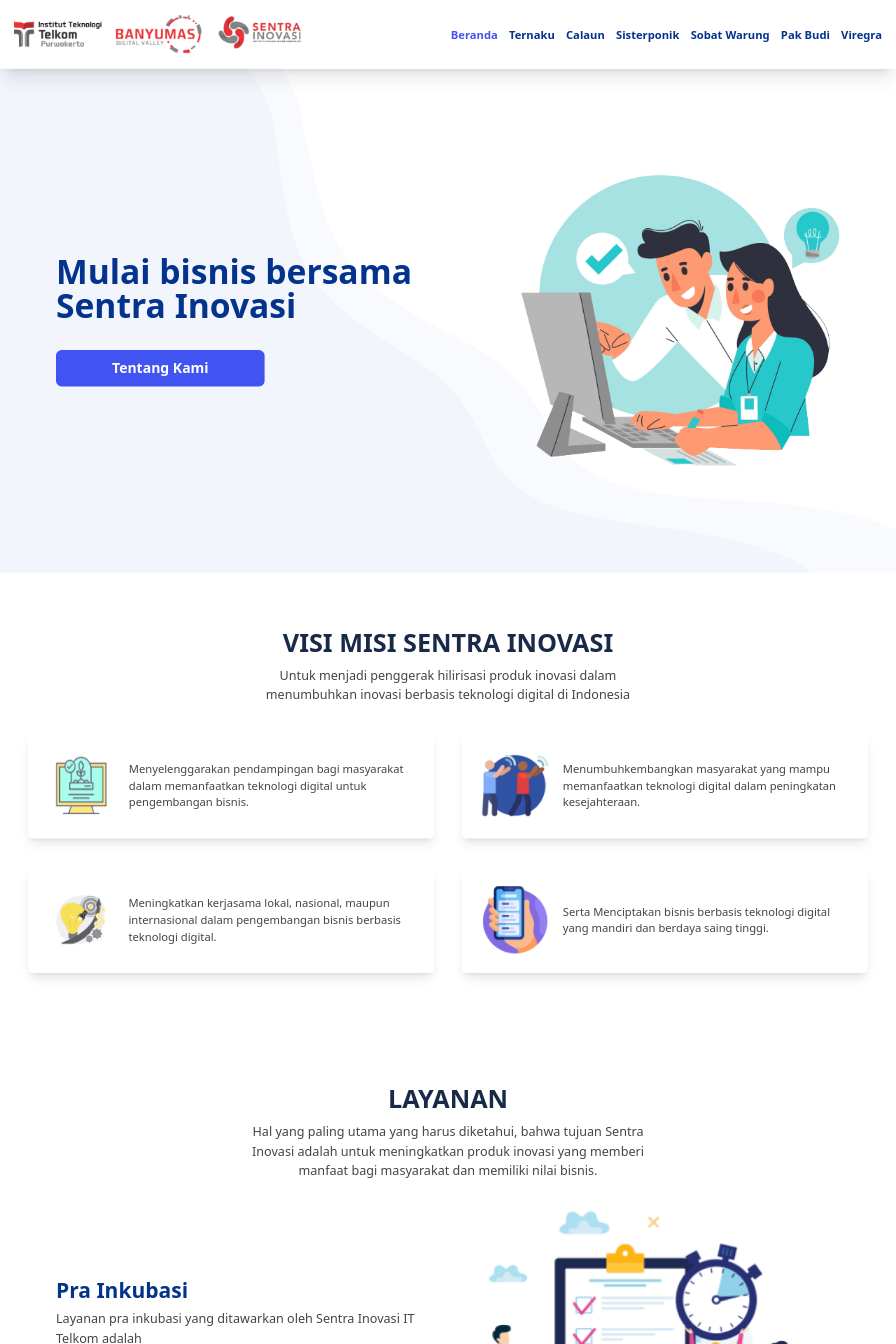
Repository: whytrno/sinovi-products
Page: /
These files come from the project's save history. The page is drawn as it stood at one moment and after the next save; the edit follows.
The browser window is 1280 px wide. The pictures show the part of the page from y = 0 to 1920 px (the page is 3549 px tall), at 70% of full size.
The project was rebuilt for these pictures with package versions that can differ from the ones it lists, and the page was loaded fresh each time. The framework's server and built-in components were replaced by stand-ins that run in the browser. Also part of the build but not shown: next.config.js, components/Produk.js.

Above is the page before, as saved 2023-02-24 12:11:25.

### pages/index.js
import Footer from "@/components/Footer";
import Hero from "@/components/Hero";
import Layanan from "@/components/Layanan";
import Navbar from "@/components/Navbar";
import Produk from "@/components/Produk";
import VisiMisi from "@/components/VisiMisi";

export default function Home() {
  return (
    <div>
      <Navbar />
      <Hero />
      <VisiMisi />
      <Layanan />
      {/* <Produk /> */}
      <Footer />
    </div>
  )
}

### components/Footer.js
import InstagramIcon from "./Icon/InstagramIcon";
import LinkedinIcon from "./Icon/LinkedinIcon";

export default function Footer() {
    return (
        <div className="px-20 2xl:px-60">
            <img src="./logo/sinovi.png" />
            <p>Sentra Inovasi sendiri merupakan salah satu unit di ITTP yang siap membantu para penggiat usaha StartUp khususnya di daerah Banyumas yang merasa kesulitan dalam mengurus perizinan HKI.</p>

            <div className="flex gap-5">
                <InstagramIcon />
                <LinkedinIcon />
            </div>
        </div>
    )
}

### components/Hero.js
import Link from "next/link";

export default function Hero() {
    return (
        <div className="relative w-full h-screen flex items-center justify-between px-20 2xl:px-60">
            <img src="/images/hero-bg.jpg" alt="hero" className="w-full h-full object-cover absolute top-0 left-0 -z-10" />
            <div className="space-y-10">
                <h1 className="font-semibold text-5xl 2xl:text-6xl text-primary">Mulai bisnis bersama <br></br> Sentra Inovasi</h1>
                <Link href="/" className="font-semibold text-xl w-min whitespace-nowrap py-3 px-20 bg-secondary rounded-lg text-white block">Tentang Kami</Link>
            </div>
            <div>
                <img src="/images/hero.png" alt="hero" />
            </div>
        </div>
    )
}

### components/Layanan.js
import Child from "./Layanan/Child";
import List from "./Layanan/List";

export default function Layanan() {
    return (
        <div className="py-20 px-20 2xl:px-60 space-y-10">
            <div className="text-center space-y-3">
                <h1 className="text-4xl text-title font-semibold">LAYANAN</h1>
                <div className="flex justify-center">
                    <p className="text-paragraph w-1/2 text-center text-lg">Hal yang paling utama yang harus diketahui, bahwa tujuan Sentra Inovasi adalah untuk meningkatkan produk inovasi yang memberi manfaat bagi masyarakat dan memiliki nilai bisnis.</p>
                </div>
            </div>

            <Child dirrection="left" title="Pra Inkubasi" desc="Layanan pra inkubasi yang ditawarkan oleh Sentra Inovasi IT Telkom adalah" img="./images/layanan1.png" lists={["Pendaftaran", "Mendapat Tools Assesment", "Wawancara", "Screening Bisnis sampai Mendapatkan SK Tenant"]} />

            <Child dirrection="right" title="Inkubasi" desc="Kami juga menyediakan layanan inkubasi yang diberikan oleh Sentra Inovasi IT Telkom diantara lain sebagai berikut" img="./images/layanan2.png" lists={["Pendampingan pengurusan legalitas perusahaan", "Pendampingan penyiapan sarana produksi", "Pendampingan produksi", "Pendampingan sosialisasi dan edukasi pasar", "Pendampingan pengurusan HKI", "Pendampingan promosi & pameran", "Pendampingan peningkatan kemampuan bisnis tenant, serta Hibah atau temu investor"]} />

            <Child dirrection="left" title="Pasca Inkubasi" desc="Selain itu, kami juga menyediakan layanan pasca inkubasi yang dapat membantu calon startup membangun startup mereka diantara lain sebagai berikut" img="./images/layanan3.png" lists={["Proses monitoring pendapatan", "Monitoring jangkauan pemasaran", "Monitoring evaluasi, layanan scaleup", "Temu investor"]} />
        </div>
    )
}

### components/Navbar.js
import Link from "next/link";

export default function Navbar() {
    return (
        <div className="flex items-center justify-between p-5 2xl:px-60 shadow-xl">
            <div className="flex items-center gap-5">
                <img src="logo/ittp.png" alt="Ittp Logo" />
                <img src="logo/bdv.png" alt="BDV Logo" />
                <img src="logo/sinovi.png" alt="Sinovi Logo" />
            </div>
            <div className="font-semibold text-primary gap-4 2xl:gap-8 flex items-center">
                <Link href="/" className="text-secondary">Beranda</Link>
                <Link href="/">Ternaku</Link>
                <Link href="/">Calaun</Link>
                <Link href="/">Sisterponik</Link>
                <Link href="/">Sobat Warung</Link>
                <Link href="/">Pak Budi</Link>
                <Link href="/">Viregra</Link>
            </div>
        </div>
    )
}

### components/VisiMisi.js
import Card from "./VisiMisi/Card";

export default function VisiMisi() {
    return (
        <div className="py-20 px-10 2xl:px-60 space-y-10">
            <div className="text-center space-y-3">
                <h1 className="text-4xl text-title font-semibold">VISI MISI SENTRA INOVASI</h1>
                <div className="flex justify-center">
                    <p className="text-paragraph w-1/2 text-center text-lg">Untuk menjadi penggerak hilirisasi produk inovasi dalam menumbuhkan inovasi berbasis teknologi digital di Indonesia</p>
                </div>
            </div>
            <div className="grid grid-cols-2 gap-10">
                <Card logo="logo/visi1.png" desc="Menyelenggarakan pendampingan bagi masyarakat dalam memanfaatkan teknologi digital untuk pengembangan bisnis." />
                <Card logo="logo/visi2.png" desc="Menumbuhkembangkan masyarakat yang mampu memanfaatkan teknologi digital dalam peningkatan kesejahteraan." />
                <Card logo="logo/visi3.png" desc="Meningkatkan kerjasama lokal, nasional, maupun internasional dalam pengembangan bisnis berbasis teknologi digital. " />
                <Card logo="logo/visi4.png" desc="Serta Menciptakan bisnis berbasis teknologi digital yang mandiri dan berdaya saing tinggi." />
            </div>
        </div>
    )
}

### components/Icon/InstagramIcon.js
export default function InstagramIcon() {
    return (
        <svg
            xmlns="http://www.w3.org/2000/svg"
            width="42"
            height="39"
            fill="none"
            viewBox="0 0 42 39"
        >
            <path
                fill="url(#paint0_radial_25_124)"
                d="M21.007 0C12.239 0 9.675.008 9.177.047c-1.8.139-2.919.402-4.138.966a8.381 8.381 0 00-2.413 1.64C1.293 3.938.486 5.52.193 7.397.051 8.31.01 8.496.001 13.154c-.003 1.553 0 3.597 0 6.338 0 8.137.01 10.516.052 10.978.145 1.626.42 2.65 1.001 3.769 1.112 2.142 3.234 3.75 5.734 4.35.866.207 1.822.321 3.05.375.52.021 5.82.036 11.124.036s10.608-.006 11.115-.03c1.421-.062 2.247-.165 3.159-.384a9.063 9.063 0 003.385-1.591 8.292 8.292 0 002.349-2.768c.57-1.092.859-2.155.99-3.696.028-.336.04-5.693.04-11.044 0-5.351-.013-10.699-.041-11.035-.133-1.566-.422-2.619-1.01-3.732a7.786 7.786 0 00-1.798-2.287C37.762 1.2 36.063.45 34.038.179 33.057.047 32.862.009 27.842 0h-6.835z"
            ></path>
            <path
                fill="url(#paint1_radial_25_124)"
                d="M21.007 0C12.239 0 9.675.008 9.177.047c-1.8.139-2.919.402-4.138.966a8.381 8.381 0 00-2.413 1.64C1.293 3.938.486 5.52.193 7.397.051 8.31.01 8.496.001 13.154c-.003 1.553 0 3.597 0 6.338 0 8.137.01 10.516.052 10.978.145 1.626.42 2.65 1.001 3.769 1.112 2.142 3.234 3.75 5.734 4.35.866.207 1.822.321 3.05.375.52.021 5.82.036 11.124.036s10.608-.006 11.115-.03c1.421-.062 2.247-.165 3.159-.384a9.063 9.063 0 003.385-1.591 8.292 8.292 0 002.349-2.768c.57-1.092.859-2.155.99-3.696.028-.336.04-5.693.04-11.044 0-5.351-.013-10.699-.041-11.035-.133-1.566-.422-2.619-1.01-3.732a7.786 7.786 0 00-1.798-2.287C37.762 1.2 36.063.45 34.038.179 33.057.047 32.862.009 27.842 0h-6.835z"
            ></path>
            <path
                fill="#fff"
                d="M20.997 5.1c-4.21 0-4.74.017-6.393.087-1.65.07-2.777.313-3.763.67-1.02.367-1.885.86-2.747 1.66a7.04 7.04 0 00-1.79 2.55c-.384.917-.645 1.964-.72 3.496-.073 1.536-.093 2.027-.093 5.939 0 3.91.019 4.4.094 5.936.076 1.533.337 2.58.72 3.495.397.948.926 1.751 1.788 2.552a7.674 7.674 0 002.746 1.662c.987.356 2.114.599 3.764.669 1.654.07 2.182.087 6.392.087 4.211 0 4.738-.017 6.392-.087 1.65-.07 2.779-.313 3.765-.67a7.668 7.668 0 002.745-1.661 7.04 7.04 0 001.79-2.551c.38-.916.642-1.963.72-3.495.074-1.537.093-2.026.093-5.937 0-3.912-.019-4.402-.093-5.938-.078-1.534-.34-2.58-.72-3.496a7.038 7.038 0 00-1.79-2.55 7.66 7.66 0 00-2.746-1.662c-.988-.356-2.116-.598-3.766-.669-1.654-.07-2.18-.087-6.393-.087h.005zm-1.391 2.596h1.391c4.14 0 4.63.013 6.265.082 1.512.065 2.332.3 2.879.496.724.261 1.24.573 1.782 1.077s.878.984 1.16 1.656c.212.508.465 1.27.534 2.674.074 1.518.09 1.974.09 5.817 0 3.844-.016 4.3-.09 5.818-.07 1.404-.322 2.166-.534 2.673a4.437 4.437 0 01-1.16 1.654 4.844 4.844 0 01-1.782 1.077c-.546.198-1.367.432-2.879.497-1.634.069-2.125.084-6.265.084s-4.63-.015-6.265-.084c-1.512-.065-2.332-.3-2.88-.497a4.852 4.852 0 01-1.782-1.077 4.447 4.447 0 01-1.16-1.655c-.213-.507-.466-1.27-.535-2.673-.074-1.519-.089-1.975-.089-5.82 0-3.846.015-4.3.09-5.818.069-1.404.321-2.166.533-2.674a4.446 4.446 0 011.16-1.656c.543-.504 1.06-.816 1.784-1.077.546-.199 1.367-.433 2.879-.497 1.43-.06 1.984-.078 4.874-.081v.004zm9.667 2.39c-.368 0-.727.102-1.034.292-.306.19-.544.46-.685.776-.14.316-.177.663-.105.998.071.336.249.643.509.885s.592.406.953.473c.36.066.735.032 1.075-.099.34-.13.63-.352.835-.636.204-.285.313-.619.313-.96 0-.955-.834-1.729-1.86-1.729zm-8.276 2.02c-4.397 0-7.962 3.311-7.962 7.396 0 4.084 3.565 7.394 7.962 7.394s7.961-3.31 7.961-7.394c0-4.085-3.564-7.396-7.961-7.396zm0 2.595c2.854 0 5.168 2.15 5.168 4.8 0 2.652-2.314 4.801-5.168 4.801-2.855 0-5.168-2.15-5.168-4.8 0-2.652 2.313-4.8 5.168-4.8z"
            ></path>
            <defs>
                <radialGradient
                    id="paint0_radial_25_124"
                    cx="0"
                    cy="0"
                    r="1"
                    gradientTransform="matrix(0 -38.6519 38.7146 0 11.156 42.004)"
                    gradientUnits="userSpaceOnUse"
                >
                    <stop stopColor="#FD5"></stop>
                    <stop offset="0.1" stopColor="#FD5"></stop>
                    <stop offset="0.5" stopColor="#FF543E"></stop>
                    <stop offset="1" stopColor="#C837AB"></stop>
                </radialGradient>
                <radialGradient
                    id="paint1_radial_25_124"
                    cx="0"
                    cy="0"
                    r="1"
                    gradientTransform="matrix(3.65204 16.94144 -74.74523 16.1127 -7.035 2.81)"
                    gradientUnits="userSpaceOnUse"
                >
                    <stop stopColor="#3771C8"></stop>
                    <stop offset="0.128" stopColor="#3771C8"></stop>
                    <stop offset="1" stopColor="#60F" stopOpacity="0"></stop>
                </radialGradient>
            </defs>
        </svg>
    );
}

### components/Layanan/Child.js
import List from "./List";

function content(title, desc, lists) {
    return (
        <div className="space-y-2 w-1/2">
            <h1 className="text-3xl text-primary font-semibold">{title}</h1>
            <p>{desc}</p>
            {lists.map(list => (
                <List title={list} />
            ))}
        </div>
    )
}
function image(img) {
    return (
        <div>
            <img src={img} />
        </div>
    )
}

export default function Child({ dirrection, title, desc, img, lists }) {
    return (
        <div className="flex justify-between text-lg text-paragraph items-center">
            {dirrection == 'right' ? (
                <>
                    {image(img)}
                    {content(title, desc, lists)}
                </>
            ) : (
                <>
                    {content(title, desc, lists)}
                    {image(img)}
                </>
            )}
        </div>
    )
}

### components/Layanan/List.js
import CheckIcon from "../Icon/CheckIcon";

export default function List({ title }) {
    return (
        <div className="flex gap-5">
            <CheckIcon />
            <p>{title}</p>
        </div>
    )
}

### components/VisiMisi/Card.js
export default function Card({ logo, desc }) {
    return (
        <div>
            <div className="flex items-center shadow-lg p-7 gap-5 text-paragraph rounded-md">
                <img src={logo} className="h-24 w-24" />
                <p>{desc}</p>
            </div>
        </div>
    )
}

### components/Icon/CheckIcon.js
export default function CheckIcon() {
    return (
        <svg
            xmlns="http://www.w3.org/2000/svg"
            width="34"
            height="24"
            fill="none"
            viewBox="0 0 34 24"
        >
            <path
                fill="#4154F1"
                d="M10.805 18.935l-8.06-7.463L0 13.996 10.805 24 34 2.523 31.275 0l-20.47 18.935z"
            ></path>
        </svg>
    );
}

### tailwind.config.js
/** @type {import('tailwindcss').Config} */
module.exports = {
  content: [
    "./app/**/*.{js,ts,jsx,tsx}",
    "./pages/**/*.{js,ts,jsx,tsx}",
    "./components/**/*.{js,ts,jsx,tsx}"
  ],
  theme: {
    extend: {
      colors: {
        primary: "#03338D",
        secondary: "#4154F1",
        title: "#192A48",
        paragraph: "#444444"
      },
    },
    plugins: [],
  }
}

Loaded but not shown: pages/_app.js (common file); pages/_document.js (common file); styles/globals.css (common file); components/Icon/LinkedinIcon.js (library)

After the next save:
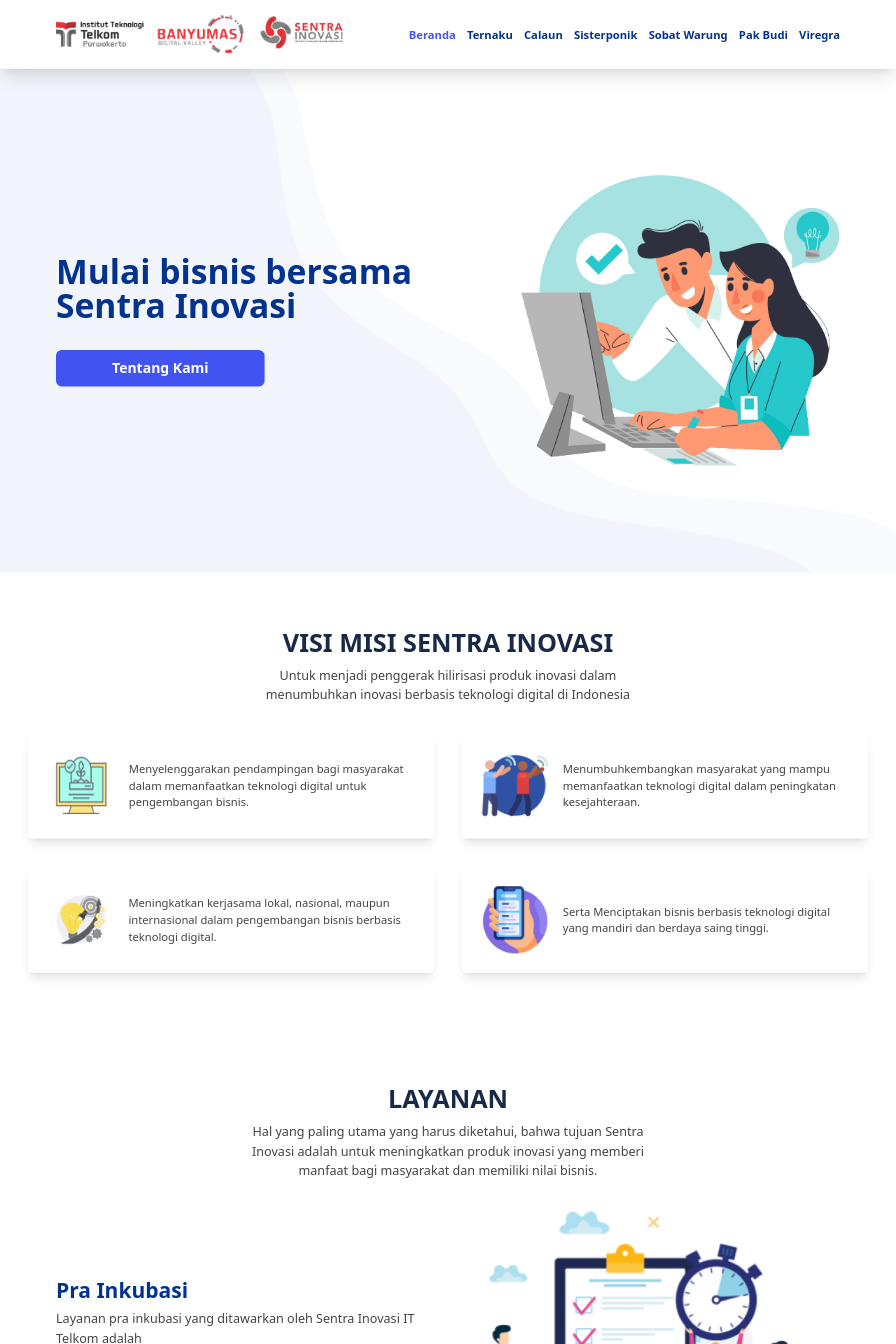
Saved 42 s later.
--- a/components/Navbar.js
+++ b/components/Navbar.js
@@ -2,7 +2,7 @@
 
 export default function Navbar() {
     return (
-        <div className="flex items-center justify-between p-5 2xl:px-60 shadow-xl">
+        <div className="flex items-center justify-between p-5 px-20 2xl:px-60 shadow-xl">
             <div className="flex items-center gap-5">
                 <img src="logo/ittp.png" alt="Ittp Logo" />
                 <img src="logo/bdv.png" alt="BDV Logo" />

After the save that followed:
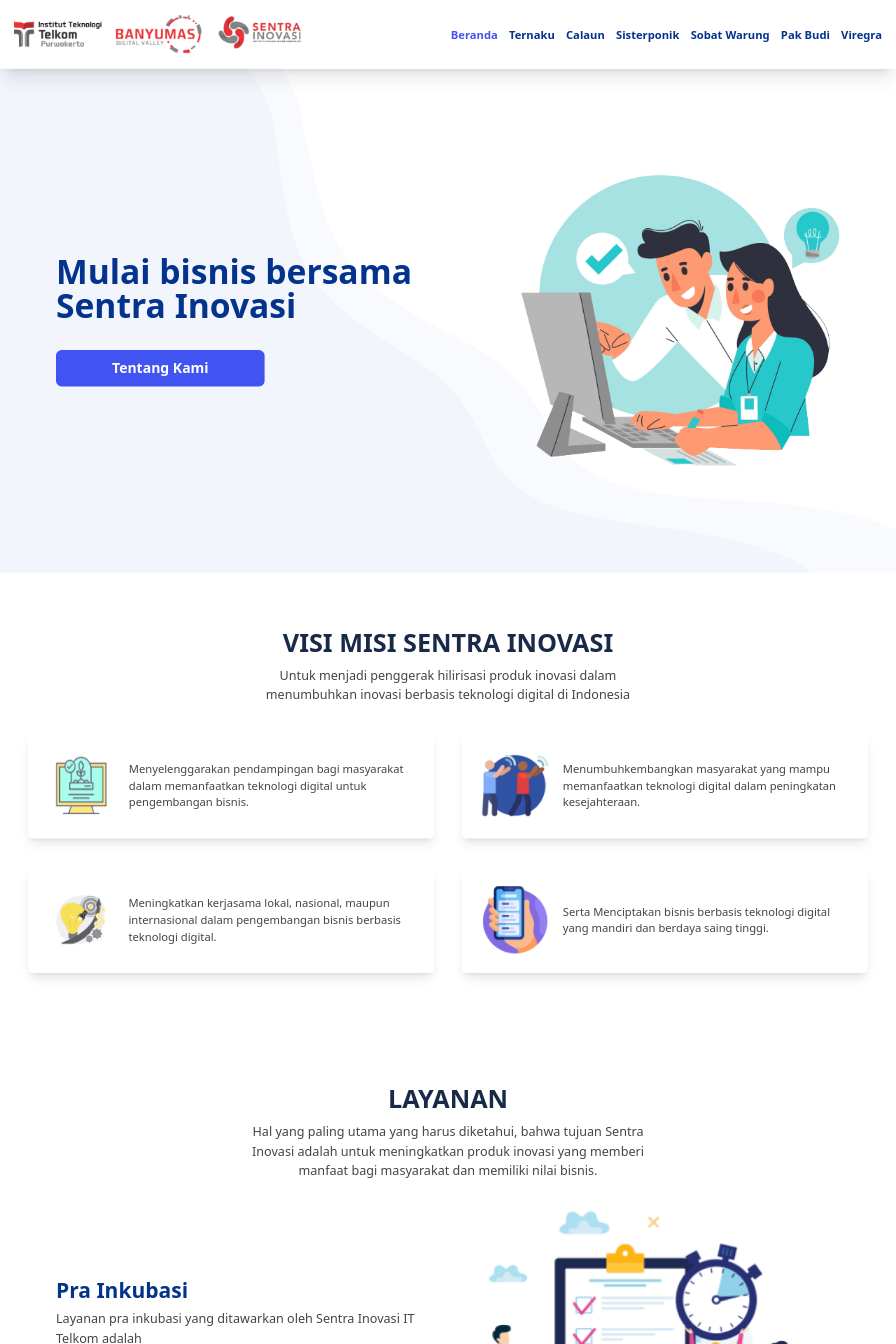
Saved 7 s later.
--- a/components/Navbar.js
+++ b/components/Navbar.js
@@ -2,7 +2,7 @@
 
 export default function Navbar() {
     return (
-        <div className="flex items-center justify-between p-5 px-20 2xl:px-60 shadow-xl">
+        <div className="flex items-center justify-between p-5 2xl:px-60 shadow-xl">
             <div className="flex items-center gap-5">
                 <img src="logo/ittp.png" alt="Ittp Logo" />
                 <img src="logo/bdv.png" alt="BDV Logo" />
